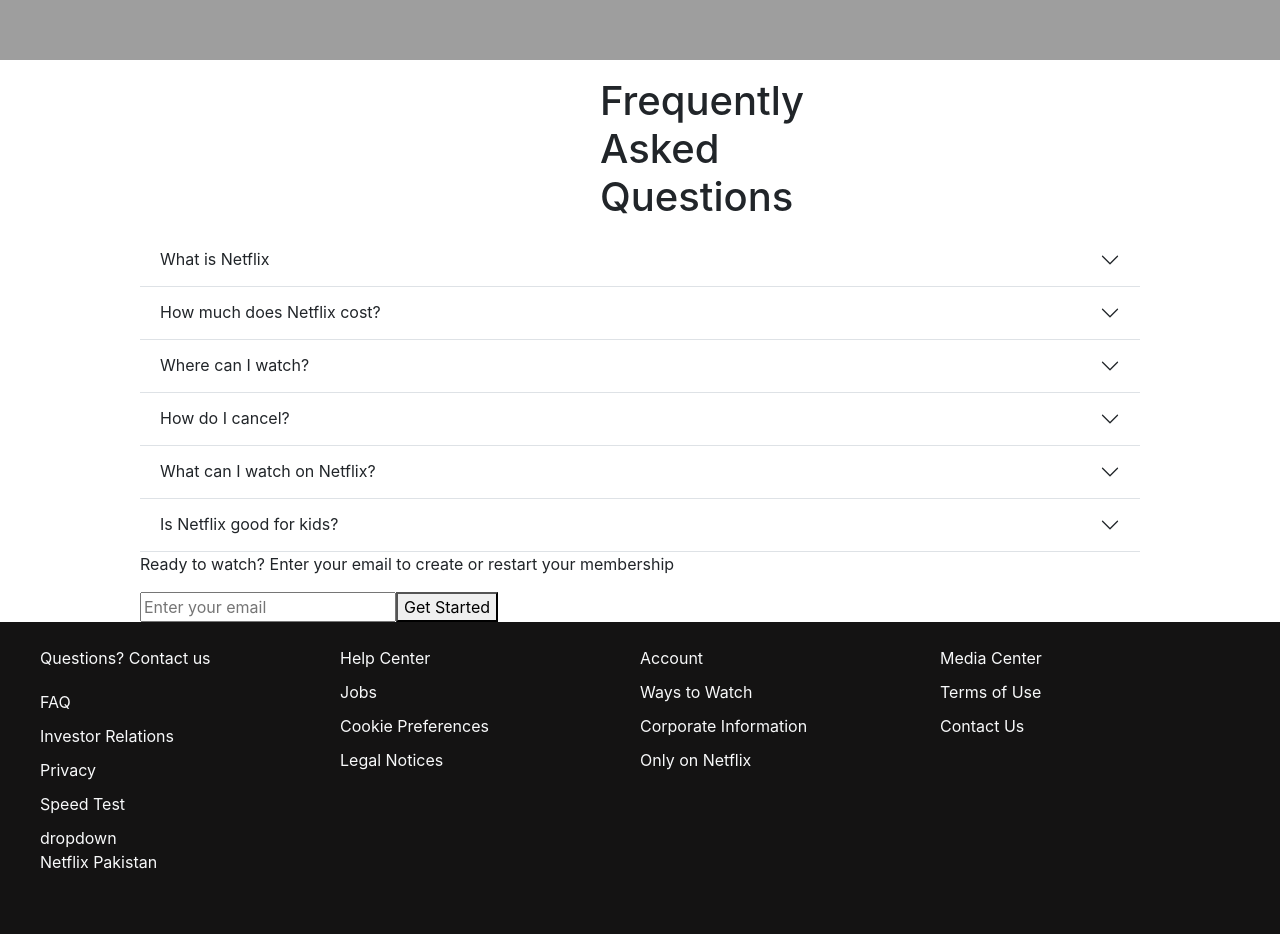
Repository: WajihaGul/Netflix-Clone
Page: /
An editor plug-in stored every save of this project. The page is shown before and after the next save, followed by the edit.
The browser window is 1280 px wide. The pictures show the part of the page from y = 561 to 1513 px (the page is 1495 px tall before and 1513 px after).
Pictures or frames that could not be fetched are drawn as grey boxes. The project was rebuilt for these pictures with package versions that can differ from the ones it lists, and the page was loaded fresh each time. Also part of the build but not shown: src/App.css.

Above is the page before, as saved 2024-05-24 15:22:51.

### public/index.html
<!DOCTYPE html>
<html lang="en">
  <head>
    <meta charset="utf-8" />
    <link rel="icon" href="https://encrypted-tbn0.gstatic.com/images?q=tbn:ANd9GcSJd82jZdXs8Uj9CX3mJFuRF27MZB7q_34xAg&s" />
    <meta name="viewport" content="width=device-width, initial-scale=1" />
    <meta name="theme-color" content="#000000" />
    <meta
      name="description"
      content="Web site created using create-react-app"
    />
    <link rel="apple-touch-icon" href="%PUBLIC_URL%/logo192.png" />
    <!--
      manifest.json provides metadata used when your web app is installed on a
      user's mobile device or desktop. See https://developers.google.com/web/fundamentals/web-app-manifest/
    -->
    <link rel="manifest" href="%PUBLIC_URL%/manifest.json" />
    <!--
      Notice the use of %PUBLIC_URL% in the tags above.
      It will be replaced with the URL of the `public` folder during the build.
      Only files inside the `public` folder can be referenced from the HTML.

      Unlike "/favicon.ico" or "favicon.ico", "%PUBLIC_URL%/favicon.ico" will
      work correctly both with client-side routing and a non-root public URL.
      Learn how to configure a non-root public URL by running `npm run build`.
    -->
    <title>Netflix- Watch TV Shows Online, Watch Movies Online</title>
  </head>
  <body>
    <noscript>You need to enable JavaScript to run this app.</noscript>
    <div id="root"></div>
    <!--
      This HTML file is a template.
      If you open it directly in the browser, you will see an empty page.

      You can add webfonts, meta tags, or analytics to this file.
      The build step will place the bundled scripts into the <body> tag.

      To begin the development, run `npm start` or `yarn start`.
      To create a production bundle, use `npm run build` or `yarn build`.
    -->
  </body>
</html>

### src/index.js
import "bootstrap/dist/css/bootstrap.min.css";
import React from "react";
import ReactDOM from "react-dom/client";
import "./index.css";
import App from "./App";
import reportWebVitals from "./reportWebVitals";

const root = ReactDOM.createRoot(document.getElementById("root"));
root.render(
  <React.StrictMode>
    <App />
  </React.StrictMode>
);

// If you want to start measuring performance in your app, pass a function
// to log results (for example: reportWebVitals(console.log))
// or send to an analytics endpoint. Learn more: https://bit.ly/CRA-vitals
reportWebVitals();

### src/App.js
import "./App.css";
import Footer from "./Components/Footer/Footer";
import FAQs from "./Components/FAQs/FAQs";
import SignupHere from "./Components/SignupHere/SignupHere";

function App() {
  return (
    <>
      <SignupHere />
      <FAQs />
      <Footer />
    </>
  );
}

export default App;

### src/Components/Footer/Footer.jsx
import React from "react";
import styles from "./Footer.module.css";
const Footer = () => {
  return (
    <>
      <footer className={`bg-dark text-light py-4 ${styles.mainclass}`}>
        <div className={styles.container}>
          <div className="row">
            <div className={styles.FooterHere}>
              <div className="col-lg-12">
                <p>Questions? Contact us </p>
                <ul>
                  <li>FAQ</li>
                  <li>Investor Relations</li>
                  <li>Privacy</li>
                  <li>Speed Test</li>
                  dropdown
                  <li>Netflix Pakistan</li>
                </ul>
              </div>

              <div className="col-lg-12">
                <ul>
                  <li>Help Center</li>
                  <li>Jobs</li>
                  <li>Cookie Preferences</li>
                  <li>Legal Notices</li>
                </ul>
              </div>

              <div className="col-lg-12 ">
                <ul>
                  <li>Account</li>
                  <li>Ways to Watch</li>
                  <li>Corporate Information</li>
                  <li>Only on Netflix</li>
                </ul>
              </div>

              <div className="col-lg-12 ">
                <ul>
                  <li>Media Center</li>
                  <li>Terms of Use</li>
                  <li>Contact Us</li>
                </ul>
              </div>
            </div>
          </div>
        </div>
      </footer>
    </>
  );
};

export default Footer;

### src/Components/FAQs/FAQs.jsx
import "bootstrap/dist/js/bootstrap.bundle.min.js"; // Import Bootstrap JavaScript
import React from "react";
import styles from "./FAQs.module.css";
const FAQs = () => {
  return (
    <>
      <h1 className={styles.faqh1}>Frequently Asked Questions</h1>
      <div
        className={`accordion accordion-flush id="accordionFlushExample" ${styles.container}`}
      >
        <div className="accordion-item">
          <h2 className="accordion-header">
            <button
              className="accordion-button collapsed"
              type="button"
              data-bs-toggle="collapse"
              data-bs-target="#flush-collapseOne"
              aria-expanded="false"
              aria-controls="flush-collapseOne"
            >
              What is Netflix
            </button>
          </h2>
          <div
            id="flush-collapseOne"
            className="accordion-collapse collapse"
            data-bs-parent="#accordionFlushExample"
          >
            <div className="accordion-body">
              Netflix is a streaming service that offers a wide variety of
              award-winning TV shows, movies, anime, documentaries, and more on
              thousands of internet-connected devices. You can watch as much as
              you want, whenever you want without a single commercial – all for
              one low monthly price. There's always something new to discover
              and new TV shows and movies are added every week!
            </div>
          </div>
        </div>
        <div className="accordion-item">
          <h2 className="accordion-header">
            <button
              className="accordion-button collapsed"
              type="button"
              data-bs-toggle="collapse"
              data-bs-target="#flush-collapseTwo"
              aria-expanded="false"
              aria-controls="flush-collapseTwo"
            >
              How much does Netflix cost?
            </button>
          </h2>
          <div
            id="flush-collapseTwo"
            className="accordion-collapse collapse"
            data-bs-parent="#accordionFlushExample"
          >
            <div className="accordion-body">
              Watch Netflix on your smartphone, tablet, Smart TV, laptop, or
              streaming device, all for one fixed monthly fee. Plans range from
              Rs 250 to Rs 1,100 a month. No extra costs, no contracts.
            </div>
          </div>
        </div>
        <div className="accordion-item">
          <h2 className="accordion-header">
            <button
              className="accordion-button collapsed"
              type="button"
              data-bs-toggle="collapse"
              data-bs-target="#flush-collapseThree"
              aria-expanded="false"
              aria-controls="flush-collapseThree"
            >
              Where can I watch?
            </button>
          </h2>
          <div
            id="flush-collapseThree"
            className="accordion-collapse collapse"
            data-bs-parent="#accordionFlushExample"
          >
            <div className="accordion-body">
              Watch anywhere, anytime. Sign in with your Netflix account to
              watch instantly on the web at netflix.com from your personal
              computer or on any internet-connected device that offers the
              Netflix app, including smart TVs, smartphones, tablets, streaming
              media players and game consoles. You can also download your
              favorite shows with the iOS, Android, or Windows 10 app. Use
              downloads to watch while you're on the go and without an internet
              connection. Take Netflix with you anywhere.
            </div>
          </div>
        </div>
        <div className="accordion-item">
          <h2 className="accordion-header">
            <button
              className="accordion-button collapsed"
              type="button"
              data-bs-toggle="collapse"
              data-bs-target="#flush-collapseOne"
              aria-expanded="false"
              aria-controls="flush-collapseOne"
            >
              How do I cancel?
            </button>
          </h2>
          <div
            id="flush-collapseOne"
            className="accordion-collapse collapse"
            data-bs-parent="#accordionFlushExample"
          >
            <div className="accordion-body">
              Netflix is flexible. There are no pesky contracts and no
              commitments. You can easily cancel your account online in two
              clicks. There are no cancellation fees – start or stop your
              account anytime.
            </div>
          </div>
        </div>
        <div className="accordion-item">
          <h2 className="accordion-header">
            <button
              className="accordion-button collapsed"
              type="button"
              data-bs-toggle="collapse"
              data-bs-target="#flush-collapseTwo"
              aria-expanded="false"
              aria-controls="flush-collapseTwo"
            >
              What can I watch on Netflix?
            </button>
          </h2>
          <div
            id="flush-collapseTwo"
            className="accordion-collapse collapse"
            data-bs-parent="#accordionFlushExample"
          >
            <div className="accordion-body">
              Netflix has an extensive library of feature films, documentaries,
              TV shows, anime, award-winning Netflix originals, and more. Watch
              as much as you want, anytime you want.
            </div>
          </div>
        </div>
        <div className="accordion-item">
          <h2 className="accordion-header">
            <button
              className="accordion-button collapsed"
              type="button"
              data-bs-toggle="collapse"
              data-bs-target="#flush-collapseThree"
              aria-expanded="false"
              aria-controls="flush-collapseThree"
            >
              Is Netflix good for kids?
            </button>
          </h2>
          <div
            id="flush-collapseThree"
            className="accordion-collapse collapse"
            data-bs-parent="#accordionFlushExample"
          >
            <div className="accordion-body">
              The Netflix Kids experience is included in your membership to give
              parents control while kids enjoy family-friendly TV shows and
              movies in their own space. Kids profiles come with PIN-protected
              parental controls that let you restrict the maturity rating of
              content kids can watch and block specific titles you don’t want
              kids to see.
            </div>
          </div>
        </div>
        <p className={styles.SignupText}>
          Ready to watch? Enter your email to create or restart your membership
        </p>
        <div>
          <input
            className={styles.SignupForm}
            type="email"
            id="email"
            name="email"
            placeholder="Enter your email"
            required
          />
          <button className={styles.SignUpBtn}>Get Started</button>
        </div>
      </div>
    </>
  );
};
export default FAQs;

### src/Components/SignupHere/SignupHere.jsx
import styles from "./SignupHere.module.css";

const SignupHere = () => {
  return (
    <>
      <div className={styles.imgContainer}>
        <div className={`expand-lg bg-body-tertiary ${styles.navcontainer} `}>
          <h1>NETFLIX</h1>
          className={`expand-lg bg-body-tertiary ${styles.navcontainer} `}
          <div className="container-fluid">
            <a className={styles.brand} href="#">
              <span className={styles.navstyle}>NETFLIX</span>
            </a>

            <button className={styles.navbtn} type="submit">
              Sign in
            </button>
          </div>
          <div className={styles.SignupTextDiv}>
            <h1 className={styles.SignupText}>
              Unlimited movies, TV shows, and more
            </h1>
            <p className={styles.SignupText}>Watch anywhere. Cancel anytime.</p>
            <p className={styles.SignupText}>
              Ready to watch? Enter your email to create or restart your
              membership
            </p>
            <div>
              <input
                className={styles.SignupForm}
                type="email"
                id="email"
                name="email"
                placeholder="Enter your email"
                required
              />
              <button className={styles.SignUpBtn}>Get Started</button>
            </div>
          </div>
        </div>
      </div>
    </>
  );
};

export default SignupHere;

### src/Components/Footer/Footer.module.css
.mainclass{
    background-color: #141313 !important;
}
.container {
    max-width: 1200px;
    margin: 0 auto;

  }

  .FooterHere {
    display: flex;
    flex-wrap: wrap;
    justify-content: space-between;
  }

  .FooterHere > div {
    flex: 1;
    min-width: 200px;
    margin-bottom: 20px;
  }

  ul {
    list-style: none;
    padding: 0;
  }

  ul li {
    margin-bottom: 10px;
    cursor: pointer;
  }

  ul li:hover {
    text-decoration: underline;
  }

  footer p {
    margin-bottom: 20px;
  }

  @media (max-width: 768px) {
    .FooterHere {
      flex-direction: column;
      align-items: flex-start;
    }

    .FooterHere > div {
      min-width: 100%;
    }
  }

### src/Components/FAQs/FAQs.module.css
.container{
   width:1000px;
   margin: 0 auto;
}

.faqh1{
   padding-left: 600px;
   padding-right: 600px;
   padding-bottom: 5px;
   padding-top: 17px;
}

### src/Components/SignupHere/SignupHere.module.css
.imgContainer{
    margin-top: -79px;
    height: 700px;
    width: 100%;
    background-image: url(https://assets.nflxext.com/ffe/siteui/vlv3/a99688ca-33c3-4099-9baa-07a2e2acb398/0279102c-4f3f-4ed2-a283-cce57434d595/PK-en-20240520-popsignuptwoweeks-perspective_alpha_website_large.jpg);
}


.navbtn {
    background: #e61c1c;
    color: white;
    /* padding: 4px 17px; */
    border-radius: 7px;
    border: none;
    font-size: medium;
    font-family: emoji;
    margin-left: 343px;
    margin-right: 343px;
    padding-top: 4px;
    padding-bottom: 4px;
    height: 32px;
    width: 71px;
    margin-top: 2px;
    margin-bottom: 2px;
}

.navstyle{
    color: red;
    font-size: xx-large;
    font-family: emoji;
    padding-left: 343px;
    padding-right: 343px;
    padding-top: 10px;
    padding-bottom: 10px;
}

.navcontainer{
    background-color: transparent !important;
}
.SignupText{
    color: white;
    align-items: center;
    justify-content: center;
    display: flex;
    flex-direction: column;
}
.SignupTextDiv{
    color: white;
    align-items: center;
    justify-content: center;
    display: flex;
    flex-direction: column;
    margin-top: 170px;
}
.SignupForm{
    width: 284px;
    height: 42px;
    background: #e2dfdf;
}
.SignUpBtn{
    background: red;
    color: white;
    height: 40px;
    width: 143px;
    margin: 4px;
    /* border-radius: 7px; */
    border: none;
    font-size: larger;
}

Loaded but not shown: src/index.css (common file); src/reportWebVitals.js (common file)

After the next save:
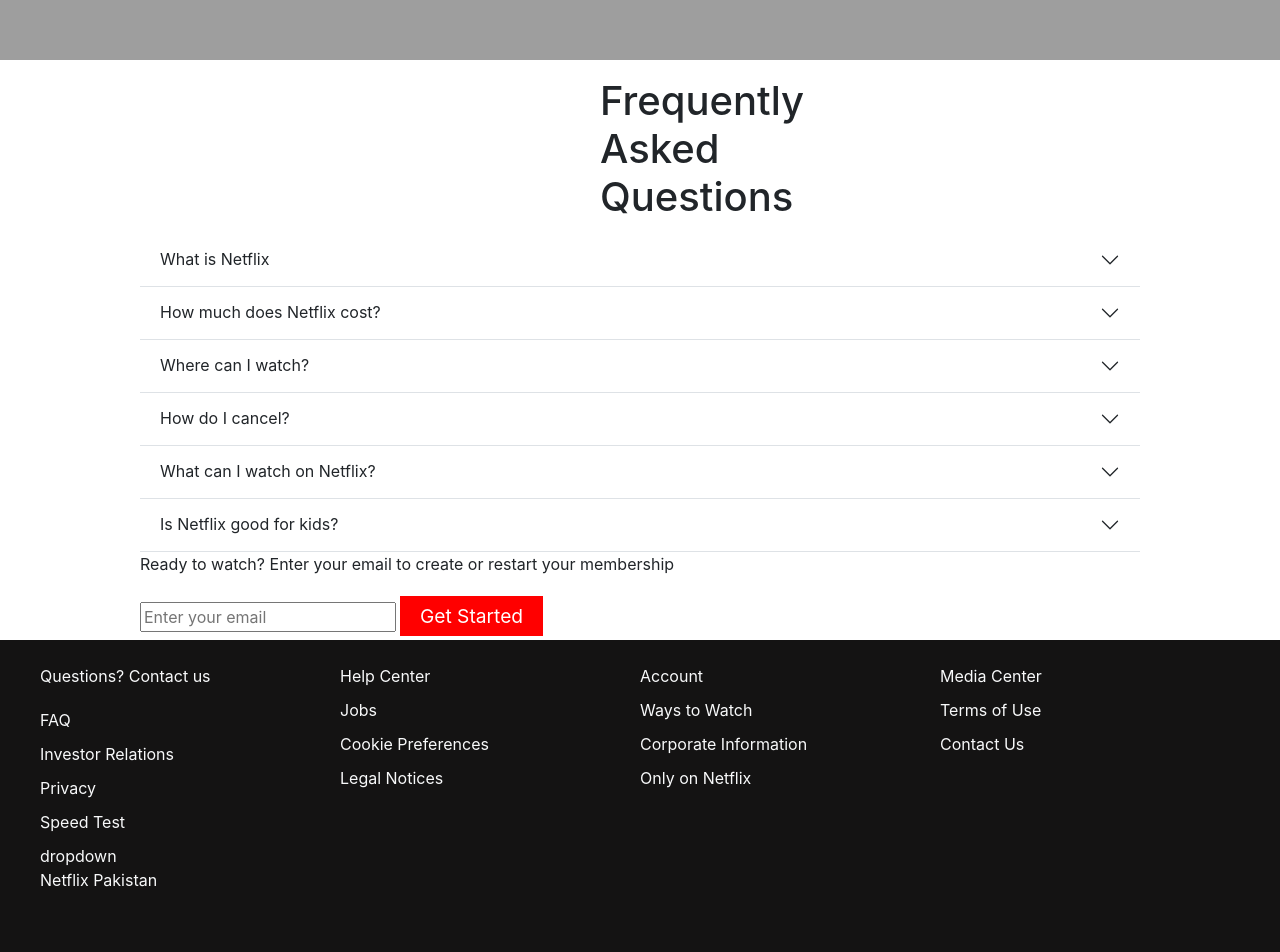
Saved 35 s later.
--- a/src/Components/FAQs/FAQs.module.css
+++ b/src/Components/FAQs/FAQs.module.css
@@ -9,3 +9,13 @@
    padding-bottom: 5px;
    padding-top: 17px;
 }
+.SignUpBtn{
+   background: red;
+   color: white;
+   height: 40px;
+   width: 143px;
+   margin: 4px;
+   /* border-radius: 7px; */
+   border: none;
+   font-size: larger;
+}
